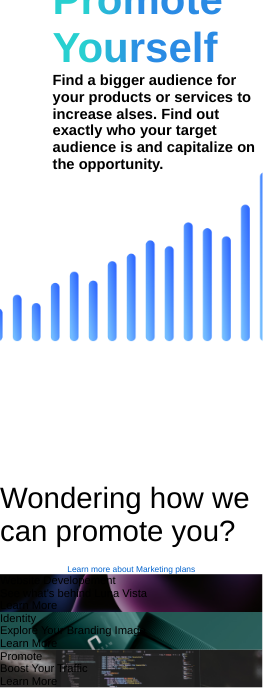
Repository: yoItsTyler/templates
Page: /marketing
An editor plug-in stored every save of this project. The page is shown before and after the next save, followed by the edit.
The browser window is 375 px wide. The pictures show the part of the page from y = 1025 to 3265 px (the page is 2008 px tall before and 3656 px after), at 70% of full size.
Some web fonts or font styles are not loaded; a fallback is used. The project was rebuilt for these pictures with package versions that can differ from the ones it lists, and the page was loaded fresh each time. Also part of the build but not shown: src/components/Branding/styles.module.css, src/components/Branding/Branding.js, src/components/Home/styles.module.css, src/components/Navbar/styles.module.css, src/components/Navbar/Navbar.js, src/components/NavbarMobile/styles.module.css, src/components/NavbarMobile/NavbarMobile.js, src/components/Home/Home.js and 10 more. Imported but missing from the stored project, and not drawn on this page: src/components/Request.

Above is the page before, as saved 2022-12-01 21:34:49.

### public/index.html
<!DOCTYPE html>
<html lang="en">
  <head>
    <meta charset="utf-8" />
    <link rel="icon" href="%PUBLIC_URL%/favicon.ico" />
    <meta name="viewport" content="width=device-width, initial-scale=1" />
    <meta name="theme-color" content="#000000" />
    <meta
      name="description"
      content="Web site created using create-react-app"
    />
    <link rel="apple-touch-icon" href="%PUBLIC_URL%/logo192.png" />
    <!--
      manifest.json provides metadata used when your web app is installed on a
      user's mobile device or desktop. See https://developers.google.com/web/fundamentals/web-app-manifest/
    -->
    <link rel="manifest" href="%PUBLIC_URL%/manifest.json" />
    <!--
      Notice the use of %PUBLIC_URL% in the tags above.
      It will be replaced with the URL of the `public` folder during the build.
      Only files inside the `public` folder can be referenced from the HTML.

      Unlike "/favicon.ico" or "favicon.ico", "%PUBLIC_URL%/favicon.ico" will
      work correctly both with client-side routing and a non-root public URL.
      Learn how to configure a non-root public URL by running `npm run build`.
    -->
    <title>Root Template</title>
  </head>
  <body>
    <noscript>You need to enable JavaScript to run this app.</noscript>
    <div id="root"></div>
    <!--
      This HTML file is a template.
      If you open it directly in the browser, you will see an empty page.

      You can add webfonts, meta tags, or analytics to this file.
      The build step will place the bundled scripts into the <body> tag.

      To begin the development, run `npm start` or `yarn start`.
      To create a production bundle, use `npm run build` or `yarn build`.
    -->
  </body>
</html>

### src/index.js
import React from 'react';
import  ReactDOM  from 'react-dom';
import './index.css';
import reportWebVitals from './reportWebVitals';
import { BrowserRouter as Router } from 'react-router-dom';
import { App } from './components/App';

ReactDOM.render(
  <React.StrictMode>
    <Router>
     <App/>
    </Router>
  </React.StrictMode>,
  document.getElementById('root'),
);



// If you want to start measuring performance in your app, pass a function
// to log results (for example: reportWebVitals(console.log))
// or send to an analytics endpoint. Learn more: https://bit.ly/CRA-vitals
reportWebVitals();

### src/index.css


@import url('https://fonts.cdnfonts.com/css/work-sans');
html, body{
  min-height: fit-content;
 height: 100vh;
  width: 100vw;
  max-width: 100vw;
  margin: 0;
  overflow-x: hidden;
  -ms-overflow-style: none;  /* IE and Edge */
  scrollbar-width: none;  /* Firefox */
  scroll-behavior: smooth;



}
body {



  font-family:  -apple-system, BlinkMacSystemFont, 'Segoe UI', 'Roboto', 'Oxygen',
    'Ubuntu', 'Cantarell', 'Fira Sans', 'Droid Sans', 'Helvetica Neue',
    sans-serif;
    font-family: 'Helvetica';
    font-style: normal;
  -webkit-font-smoothing: antialiased;
  -moz-osx-font-smoothing: grayscale;

  font-family: 'Helvetica', sans-serif;
  -webkit-font-smoothing: antialiased;
  -moz-osx-font-smoothing: grayscale;
}
body::-webkit-scrollbar{
  display: none;
}


code {
  font-family: source-code-pro, Menlo, Monaco, Consolas, 'Courier New',
    monospace;
}

### src/components/App/App.js
import { useEffect, useState } from 'react';
import { Route, Switch } from 'react-router-dom';
import { Branding } from '../Branding/Branding';
import { Home } from '../Home';
import { LogoDesign } from '../LogoDesign';
import { Marketing } from '../Marketing/Marketing';
import { Navbar } from '../Navbar/Navbar';
import { NavbarMobile } from '../NavbarMobile';
import { Plan } from '../Plan/Plan';
import { Plans } from '../Plans/Plans';
import { Request } from '../Request';
import { Specs } from '../Specs';
import { Web } from '../Web/Web';
import styles from './styles.module.css';






export const App = () => {




    return(
        <div className={styles.main}>


            <Switch>
            <Route exact path = {['/request/:id', '/request']} component={Request}/>
            <Route exact path='/marketing' component={Marketing}/>
            <Route exact path = '/branding' component={Branding}/>
            <Route exact path = '/logo-design' component={LogoDesign}/>
                <Route exact path = '/plan/:id' component={Plan}/>
                <Route exact path = '/web-plans' component={Plans}/>
                 <Route exact path = '/web' component={Web}/>
                 <Route exact path = '/specs' component={Specs}/>
                <Route path={['/']} component={Home}/>

            </Switch>
        </div>
    )
}

### src/components/LogoDesign/index.js
export * from './LogoDesign';

### src/components/Marketing/Marketing.js
import { NavbarWeb } from '../NavbarWeb/NavbarWeb';
import { NavBarWebSub } from '../NavBarWebSub/NavBarWebSub';
import styles from './styles.module.css';
import graph from '../../images/Group 55.png';
import graph2 from '../../images/Group 56.png';
import arrow from '../../images/arrow.png';
import macDev from '../../images/macDev.png';
import marketingBD from '../../images/marketingBD.png';
import identity from '../../images/identity.png';

export const Marketing = () => {

    return(
        <div className={styles.main}>
            <NavbarWeb/>
            <NavBarWebSub/>


            <div className={styles.tile}>

                <div className={styles.title}>
                    Strategic Marketing

                </div>

                <div className={styles.centerItem}>
                <img src={graph} className={styles.graph}/>
                </div>
                <div className={styles.subTxt}>
                    Grow by <span className={styles.blueGrad}>promoting</span> yourselft to a bigger audience
                </div>

                <div className={styles.centerItem}>
                <img src={arrow} className={styles.arrow}/>
                </div>

                <div className={styles.leftCol}
                >
                    <div className={styles.bT1}>
                        Expand your customer leads.
                    </div>
                    <div className={styles.blueTitle}>
                        Promote Yourself
                    </div>
                    <div className={styles.bT2}>
                        Find a bigger audience for your products or services to increase alses. Find out exactly who your target audience is and capitalize on the opportunity.
                    </div>

                </div>

                <div className={styles.centerItem}>
                <img src={graph2} className={styles.graph2}/>




                </div>

                <div className={styles.txtCont}>
                <div className={styles.txt}>
                    Wondering how we can promote you?

                </div>
                <div className={styles.subTxt2}>
                    Learn more about Marketing plans

                </div>
            </div>


            <div className={styles.centerApps}>

            <div className={styles.appCont}>
                <div className={styles.purpleBox} style={{backgroundImage: 'url(' + marketingBD  + ')', backgroundSize: 'cover', backgroundPosition: 'center'}}>
                    <div className={styles.lTxtCont}>
                        <div className={styles.wTxt}>Website Developement</div>
                        <div className={styles.sTxt}>See what's behind Luna Vista</div>
                        <div className={styles.lTxt}>Learn More</div>
                    </div>


                </div>

                <div className={styles.splitRow2}>

                <div className={styles.identityBox} style={{backgroundImage: 'url(' + identity  + ')', backgroundSize: 'cover', backgroundPosition: 'center'}}>
                    <div className={styles.lTxtCont}>
                        <div className={styles.wTxt}>Identity</div>
                        <div className={styles.sTxt}>Explore Your Branding Image</div>
                        <div className={styles.lTxt}>Learn More</div>
                    </div>

                </div>


                <div className={styles.promoteBox} style={{backgroundImage: 'url(' + macDev  + ')', backgroundSize: 'cover', backgroundPosition: 'center'}}>
                    <div className={styles.lTxtCont}>
                        <div className={styles.wTxt}>Promote</div>
                        <div className={styles.sTxt}>Boost Your Traffic</div>
                        <div className={styles.lTxt}>Learn More</div>
                    </div>

                </div>


                </div>

            </div>
            </div>










            </div>

        </div>
    );
};

### src/components/NavbarMobile/index.js
export * from './NavbarMobile';

### src/components/Specs/index.js
export * from './Specs';

### src/components/App/styles.module.css
.main{
    margin-top: 0;
    min-height: fit-content;
    height: 100vh;
    width: 100%;
    max-width: 100vw;
}

### src/components/NavbarWeb/NavbarWeb.js
import styles from './styles.module.css';
import logo2 from '../../images/LuneVistaLogo.png';
import search from '../../images/search.png';
import { useHistory } from 'react-router-dom';
import { useEffect, useState } from 'react';


export const NavbarWeb = () => {
    const history = useHistory();


    const [mobileBool, setMobileBool] = useState(false);
    const [windowDimension, setWindowDimension] = useState(722)

    useEffect(() => {
        setWindowDimension(window.innerWidth);
    }, []);

    useEffect(() => {
        function handleResize() {
            setWindowDimension(window.innerWidth);
        }

        window.addEventListener("resize", handleResize);
        return () => window.removeEventListener('resize', handleResize);
    }, []);

    const isMobile = windowDimension <= 720;

    useEffect(() => {
        if (isMobile !== mobileBool) {
            setMobileBool(isMobile);
        };
        return isMobile;
    }, [isMobile]);





    // <div className={styles.falseDiv}></div>
    return (
        <div className={styles.main}>

            <div className={styles.row}>


                <div className={styles.logo}
                    onClick={() => history.push('/')}
                >
                    <img src={logo2} style={{ width: '100%', height: '' }} />

                </div>






                        {isMobile ? (
                            <div className={styles.mobileMenu}>Menu</div>
                        ) : (
                            <div className={styles.pages}>
                            <div className={styles.page}
                                 onClick={() => history.push('/web')}
                                >Website</div>
                                <div className={styles.page} onClick={() => history.push('/branding')}
                                >Branding</div>
                                <div className={styles.page} onClick={() => history.push('/marketing')}
                                >Marketing</div>
                                <div className={styles.page} onClick={() => history.push('/about')}
                                >About</div>
                                <div className={styles.page} onClick={() => history.push('/contact')}
                                >Contact</div>
                            </div>

                        )}



                    </div>


                </div>





            )
}

### src/components/NavBarWebSub/NavBarWebSub.js
import { useHistory } from 'react-router-dom';
import styles from './styles.module.css';


export const NavBarWebSub = () => {
    const history = useHistory();

    /*




                <div className={styles.row}>
                    <div className={styles.title}>
                        Website Development
                    </div>
                    <div className={styles.btnRow}>
                        <div className={styles.btnTxt}>Overview</div>
                        <div className={styles.btnTxt}>Specs</div>
                        <div className={styles.requestBtn}>Request</div>
                    </div>



                </div>*/


    return (
        <div className={styles.main}>
            <div className={styles.column}>
                <div className={styles.topSpace}></div>
                <div className={styles.row}>
                    <div className={styles.title}>
                        Website Development
                    </div>
                    <div className={styles.btnRow}>
                        <div className={styles.btnTxt}>Overview</div>
                        <div className={styles.btnTxt} onClick={() => history.push('/specs')}
                        >Specs</div>
                        <div className={styles.requestBtn} onClick={() => history.push('/web-plans')}
                        >Request</div>
                    </div>



                </div>



            </div>



        </div>
    )
}

### src/components/Marketing/styles.module.css
.main{

}
.title{
    margin-top: 80px;
    margin-bottom: 20px;
    font-weight: 700;
    font-size: 50px;
    text-align: center;

}
.centerItem{
    display: flex;
    flex-direction: column;
    align-items: center;
    justify-content: center;

}
.subTxt{
    text-align: center;
    font-weight: 700;
    font-size: 30px;
}
.blueGrad{
    background:
linear-gradient(90.35deg, #28D0D0 15.73%, #2A8BE4 41.95%);
  -webkit-background-clip: text;
  -webkit-text-fill-color: transparent;
}
.graph{
   max-height: 400px;
   max-width: 105vw;
}
.graph2{
    max-height: 400px;
    max-width: 105vw;

    z-index: 2;
    background-color: rgba(255, 0, 0, 0);


 }


.leftCol{
    width: 564px;
    max-width: 80%;

    margin-left: 20%;
    z-index: 1;

}
.blueTitle{
    background:
linear-gradient(90.35deg, #28D0D0 15.73%, #2A8BE4 41.95%);
  -webkit-background-clip: text;
  -webkit-text-fill-color: transparent;
  font-weight: 700;
  font-size: 60px;
}

.bT1{
    font-weight: 700;
    font-size: 36px;

}
.bT2{
    font-weight: 700;
    font-size: 21px;

}
.arrow{
    margin-top: 90px;
    margin-bottom: 200px;
}


.txtCont{
    margin-top: 200px;

}

.txt{
    font-weight: 400;
    font-size: 42px;
    display: flex;
    justify-content: center;
}
.subTxt2{
    font-size: 12px;
    font-weight: 400;
    color: #0062CC;
    display: flex;
    justify-content: center;
    margin-top: 23px;
}

### src/components/NavbarWeb/styles.module.css
.main{
    width: 100vw;
    max-width: 100vw;
    height: 50px;
    margin-top: 0;
   overflow-x: hidden;
    background-color: hsl(0, 0%, 7%);
    position: fixed;
    display: flex;
    z-index: 2;
    justify-content: center;



}
.row{
    width: 100%;

    align-self: center;

    height: 50px;
    max-width: 730px;

    color: #FFFFFF;
 display: flex;
 align-items: center;

justify-content: space-between;



}
.logo{

    padding-left: min(16px, 1.0%);
    height: 32px;
    cursor: pointer;
    display: flex;
    align-content: center;
    align-items: center;
    justify-content: center;
      justify-self: left;
    max-width: 134px;




}
.falseDiv{
    padding-right: min(16px, 1.0%);
    width: 134px;



}
.rightSide{
   align-self: center;
  justify-self: center;


}
.pages{
    flex-basis: 1;
    display: flex;
   height: 32px;


    width: 80%;
    max-width: 536px;
    align-items: center;
    justify-content: space-between;
    justify-self: center;




}

.page{

    font-weight: 400;
    font-size: 16px;
    line-height: 24px;
   cursor: pointer;

   height: 24px;
   align-content: center;
   align-items: center;

   padding-left: 0px;
   padding-right: 0px;

}
.page:hover{
    background-color: rgba(0, 0, 0, 0.3);
   border-radius: 3px;
}
.mobileMenu{
    margin-right: 9px;
}



.search{
   padding-right: min(16px, 1.5%);
margin-left: auto;


}

### src/components/NavBarWebSub/styles.module.css
.main{
    width: 100vw;
    height: 100px;
    position: sticky;

  max-width: 100vw;
  overflow-x: hidden;

    display: flex;
    justify-content: center;
    z-index: 1;
    background-color: white;
    border-bottom: rgba(0, 0, 0, 0.473) .6px solid;
}


.column{
    width: 100%;
    max-width: 730px;

    display: flex;
    flex-direction: column;
    justify-content: center;
    align-content: center;
}
.topSpace{
    height: 50px;

}
.row{
    justify-self: center;
    display: flex;
    width: 100%;
    max-width: 730px;
    justify-content: space-between;
    align-items: center;
    padding-left: 6px;
    padding-right: 6px;
}
.btnRow{
    display: flex;
    width: 200px;
    justify-content: space-between;
    padding-left: 6px;
    align-items: center;
    margin-right: 12px;
}
.title{
    margin-left: 9px;
    height: 20px;
    font-size: 18px;
    font-weight: 700;
    flex-wrap: nowrap;

}
@media only screen and (max-width: 440px) {
    .title{
        font-size: 18px;
        max-width: 100px;
        overflow: hidden;

    }
}
.btnTxt{
    font-size: 12px;
    font-weight: 400;
    line-height: 14px;
    cursor: pointer;

}
.requestBtn{
    font-size: 12px;
    font-weight: 400;
    background-color: #0062CC;
    color: white;
    height: 22px;
    width: 60px;
    display: flex;
    flex-direction: column;
    align-items: center;

    justify-content: center;
    border-radius: 6px;
    line-height: 20px;
    cursor: pointer;
}

Loaded but not shown: src/reportWebVitals.js (common file); src/components/App/index.js (common file); src/components/Home/index.js (common file); src/components/Home/mobile.module.css (no stored copy; drawn as an empty file)

After the next save:
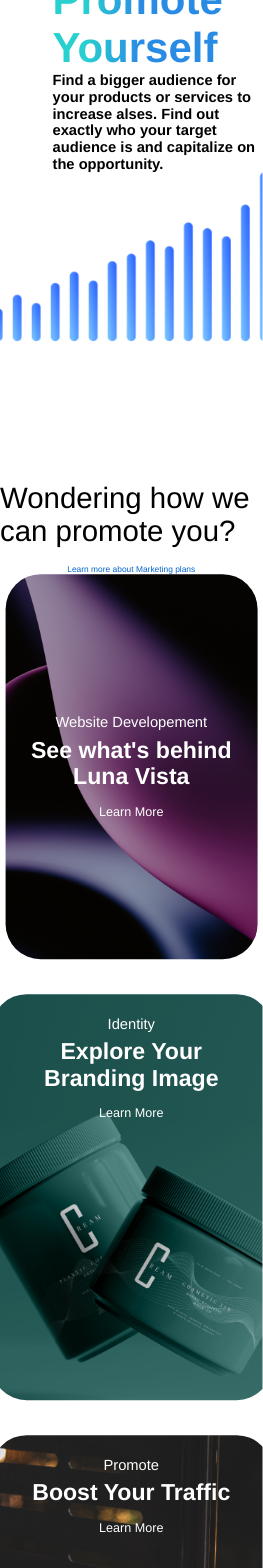
Saved 2 min 12 s later.
--- a/src/components/Marketing/styles.module.css
+++ b/src/components/Marketing/styles.module.css
@@ -94,3 +94,107 @@
     justify-content: center;
     margin-top: 23px;
 }
+
+.centerApps{
+    display: flex;
+    flex-direction: column;
+    align-items: center;
+}
+
+.appCont{
+    width: 96%;
+    max-width: 1200px;
+    display: flex;
+    flex-direction: column;
+    min-height: max-content;
+    height: auto;
+    justify-content: center;
+    justify-items: center;
+    align-content: center;
+    align-items: center;
+    align-self: center;
+    justify-self: center;
+}
+
+.purpleBox{
+    width: 100%;
+    height: 550px;
+    border-radius: 50px;
+    align-self: center;
+    display: flex;
+    flex-direction: column;
+    justify-content: center;
+    align-content: center;
+
+
+}
+.promoteBox{
+    border-radius: 50px;
+    height: 550px;
+    width: 100%;
+
+    display: flex;
+    flex-direction: column;
+
+    min-width: 380px;
+    margin-top: 50px;
+    padding-top: 30px;
+    max-width: 580px;
+
+
+
+}
+.identityBox{
+    border-radius: 50px;
+    height: 550px;
+    width: 100%;
+
+    display: flex;
+    flex-direction: column;
+
+
+    min-width: 380px;
+    margin-top: 50px;
+    padding-top: 30px;
+    max-width: 580px;
+
+}
+.lTxtCont{
+    width: 400px;
+    align-self: center;
+    display: flex;
+    flex-direction: column;
+    justify-content: center;
+    align-content: center;
+    align-items: center;
+    text-align: center;
+
+}
+.wTxt{
+    color: white;
+    font-size: 24px;
+    font-weight: 400;
+    margin-bottom: 9px;
+}
+@media only screen and (max-width: 460px) {
+    .wTxt{
+        font-size: 21px;
+}
+}
+.sTxt{
+    font-weight: 700;
+    font-size: 42px;
+    color: white;
+    margin-bottom: 21px;
+}
+@media only screen and (max-width: 460px) {
+    .sTxt{
+        font-size: 33px;
+        width: 80%;
+}
+}
+.lTxt{
+    font-size: 18px;
+    font-weight: 400;
+    color: white;
+}
